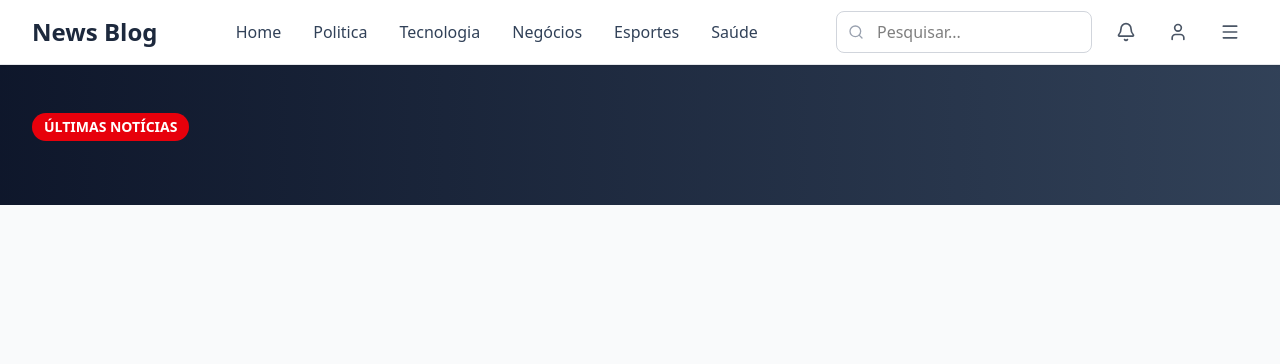
Repository: estevam02009/news-blog
Page: /
The author's editor kept a copy of each file at every save. The page is drawn from the files as they stood at one save, then again after the next save.
The browser window is 1280 px wide. The pictures show the whole page.
The project was rebuilt for these pictures with package versions that can differ from the ones it lists, and the page was loaded fresh each time. Also part of the build but not shown: vite.config.ts.

Above is the page before, as saved 2025-08-08 18:31:01.

After the next save:
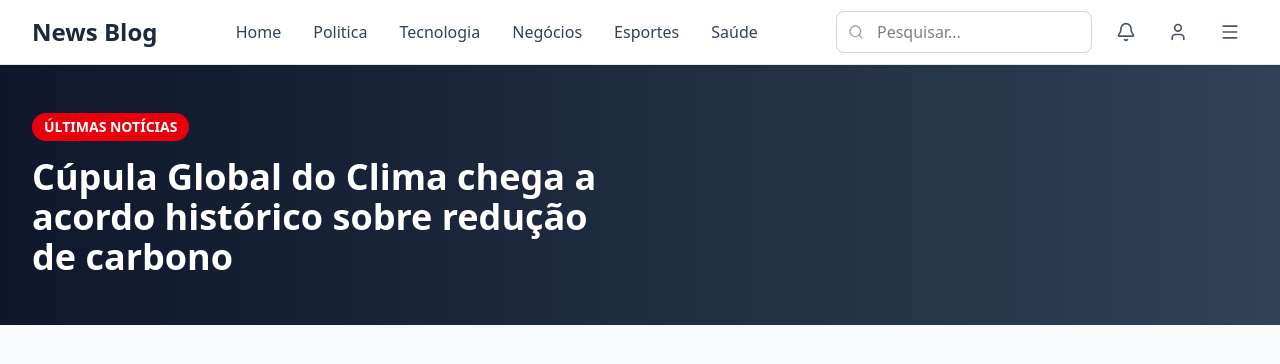
Saved 43 s later.
--- a/src/components/Hero.tsx
+++ b/src/components/Hero.tsx
@@ -10,6 +10,9 @@ const Hero: React.FC = () => {
                         <span className="inline-block bg-red-600 text-white px-3 py-1 text-sm font-semibold rounded-full mb-4">
                             ÚLTIMAS NOTÍCIAS
                         </span>
+                        <h1 className="text-4xl font-bold">
+                            Cúpula Global do Clima chega a acordo histórico sobre redução de carbono
+                        </h1>
                     </div>
                 </div>
             </div>
